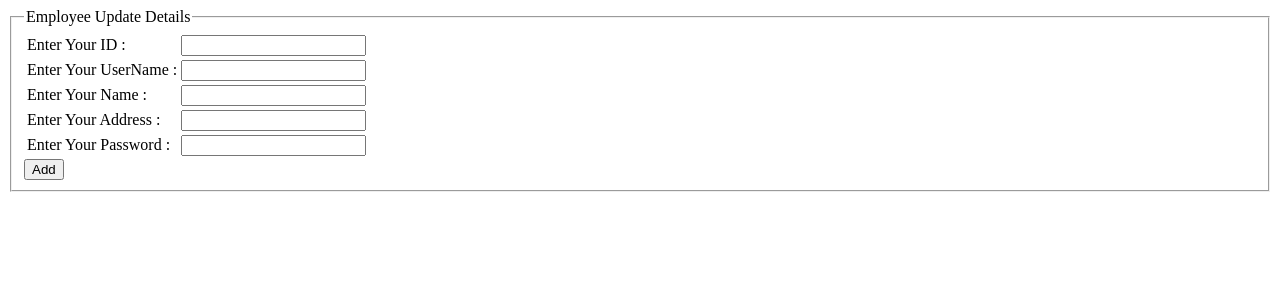
Repository: Harshithahamsa/java_practice
Page: http://localhost/employee/WEB-INF/views/updateform.jsp
The author's editor kept a copy of each file at every save. The page is drawn from the files as they stood at one save, then again after the next save.
The browser window is 1280 px wide. The pictures show the whole page.
The page is served by Tomcat 9. Nobody is signed in. The template is opened directly, without the code that normally fills it, so the values that code supplies are empty.

Above is the page before, as saved 2022-01-26 12:44:08.

After the next save:
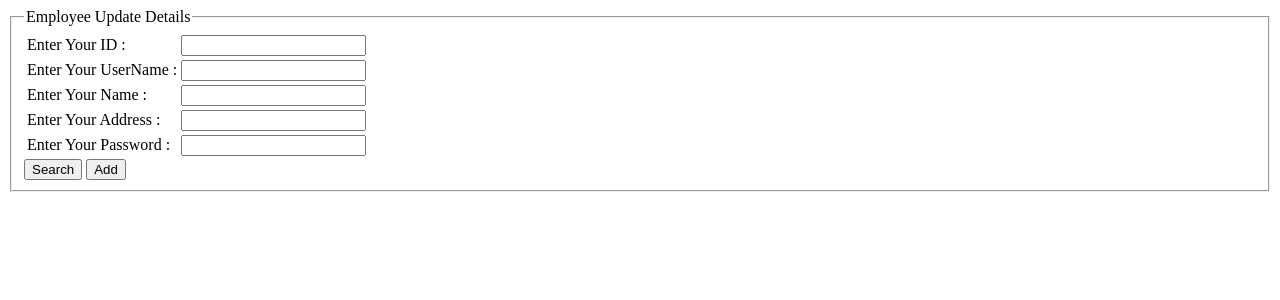
Saved 28 s later.
--- a/HibernateWithJPA/employee/src/main/webapp/WEB-INF/views/updateform.jsp
+++ b/HibernateWithJPA/employee/src/main/webapp/WEB-INF/views/updateform.jsp
@@ -32,6 +32,7 @@
 					<td><input type="password" name="password"></td>
 				</tr>
 			</table>
+			<input type="submit" value="Search">
 			<input type="submit" value="Add">
 		</form>
 	</fieldset>
